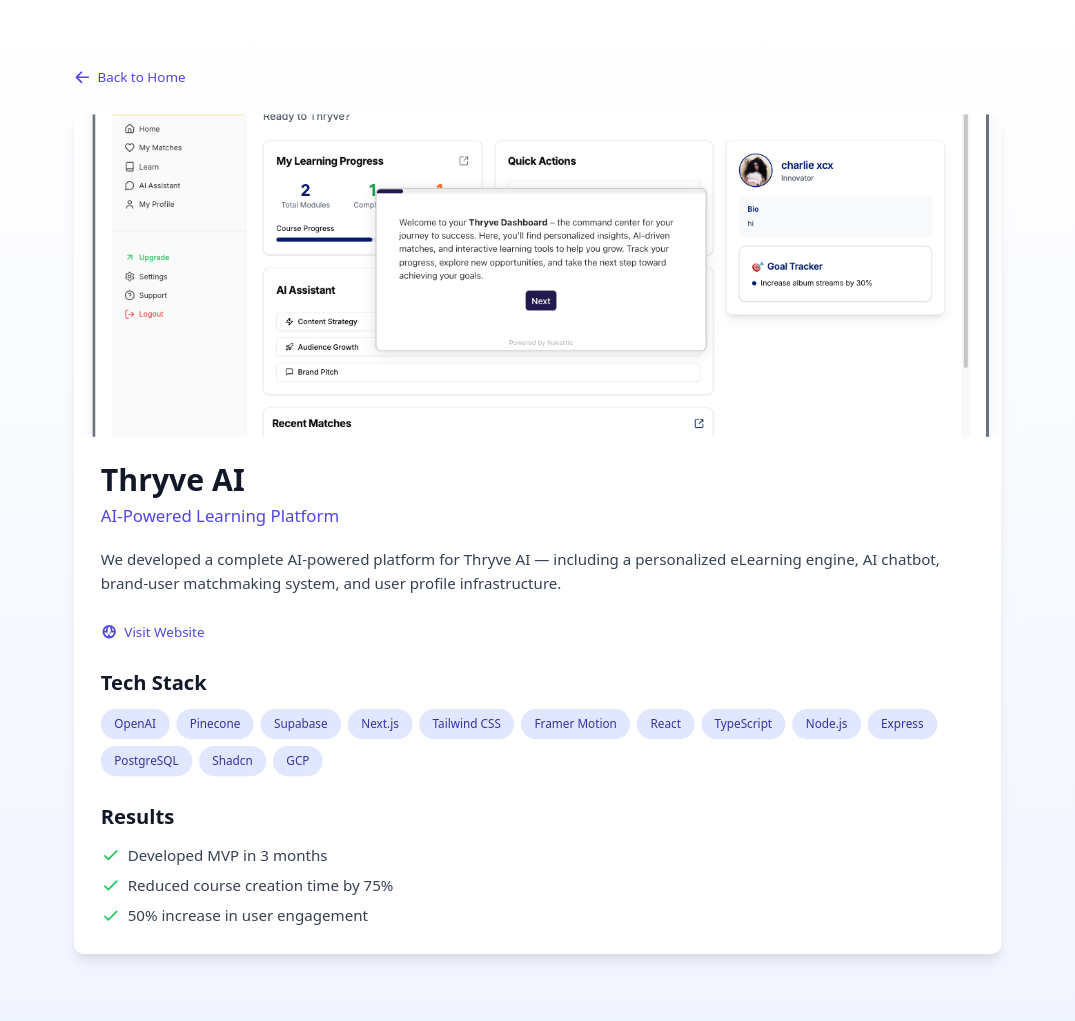
Repository: kayacancode/kayacancode-agency
Page: /case-study/thryve-ai
These files come from the project's save history. The page is drawn as it stood at one moment and after the next save; the edit follows.
The browser window is 1280 px wide. The pictures show the whole page, at 84% of full size.
The project was rebuilt for these pictures with package versions that can differ from the ones it lists, and the page was loaded fresh each time. The framework's server and built-in components were replaced by stand-ins that run in the browser. Also part of the build but not shown: next.config.js.

Above is the page before, as saved 2025-04-25 22:11:31.

After the next save:
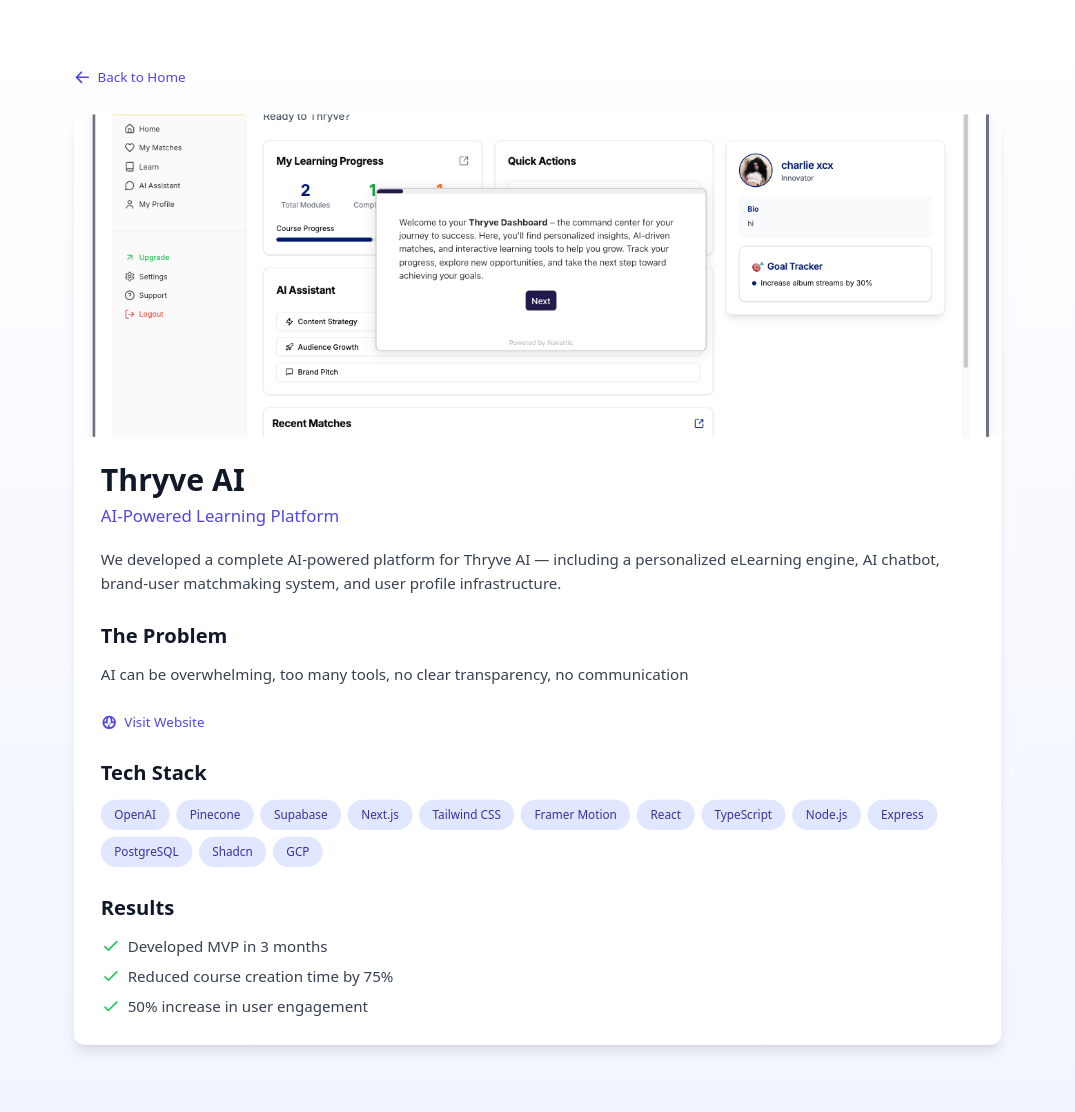
Saved 71 s later.
--- a/src/app/case-study/[id]/page.tsx
+++ b/src/app/case-study/[id]/page.tsx
@@ -19,6 +19,7 @@
     title: 'Thryve AI',
     subtitle: 'AI-Powered Learning Platform',
     description: 'We developed a complete AI-powered platform for Thryve AI — including a personalized eLearning engine, AI chatbot, brand-user matchmaking system, and user profile infrastructure.',
+    problem: 'AI can be overwhelming, too many tools, no clear transparency, no communication',
     image: '/thryve.png',
     website: 'https://thryveai.ai',
     techStack: ['OpenAI', 'Pinecone', 'Supabase', 'Next.js', 'Tailwind CSS', 'Framer Motion', 'React', 'TypeScript', 'Node.js', 'Express', 'PostgreSQL', 'Shadcn', 'GCP'],
@@ -58,6 +59,11 @@
             <h1 className="text-4xl font-bold text-gray-900 mb-2">{caseStudy.title}</h1>
             <p className="text-xl text-indigo-600 mb-6">{caseStudy.subtitle}</p>
             <p className="text-lg text-gray-700 mb-8">{caseStudy.description}</p>
+
+            <div className="mb-8">
+              <h2 className="text-2xl font-semibold text-gray-900 mb-4">The Problem</h2>
+              <p className="text-lg text-gray-700">{caseStudy.problem}</p>
+            </div>
 
             {caseStudy.website && (
               <a
